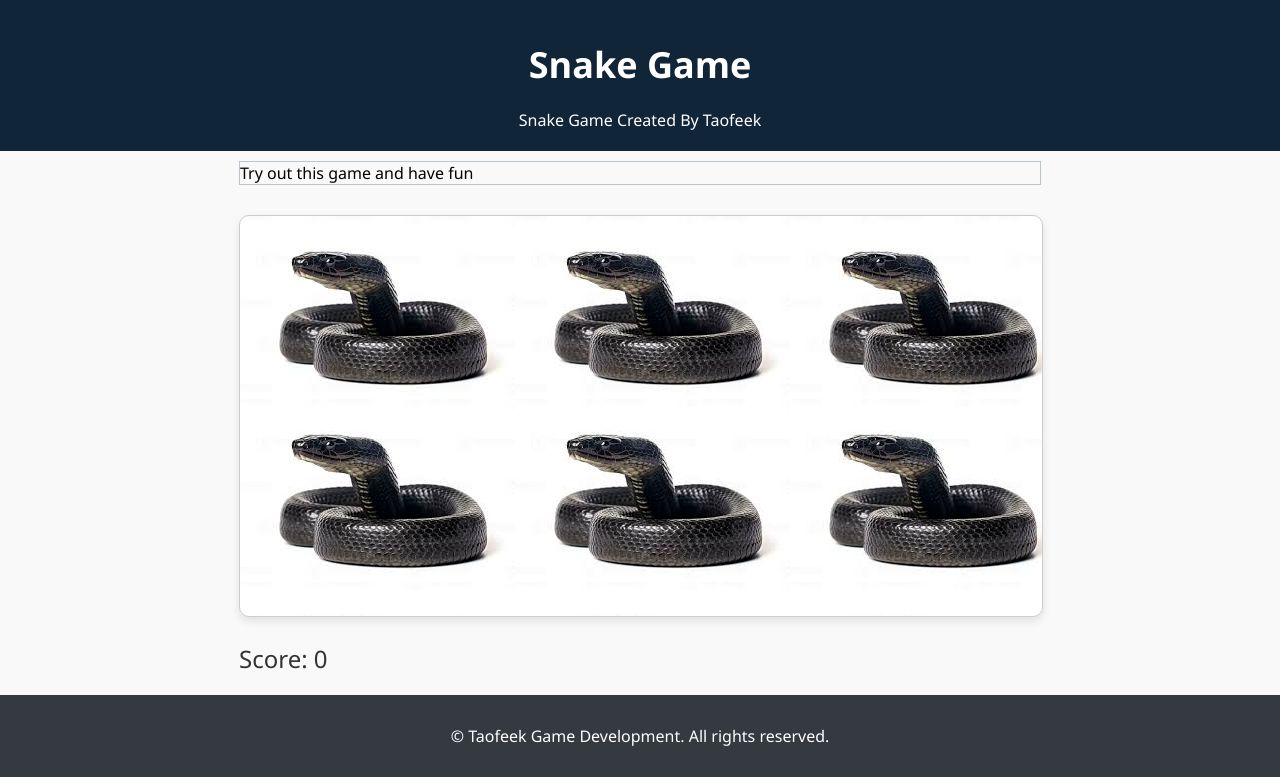
Repository: Taofeekolusola/Landing-page
Page: index.html
These files come from the project's save history. The page is drawn as it stood at one moment and after the next save; the edit follows.
The browser window is 1280 px wide. The pictures show the whole page.

Above is the page before, as saved 2024-05-06 18:40:43.
Not found: script.js

### index.html
<!DOCTYPE html>
<html lang="en">
<head>
    <meta charset="UTF-8">
    <meta name="viewport" content="width=device-width, initial-scale=1.0">
    <title>Snake Game</title>
    <link rel="stylesheet" href="styles.css">
</head>
<body>
    <header>
        <div class="container">
            <h1>Snake Game</h1>
        </div>
        <div class="name">Snake Game Created By Taofeek</div>
    </header>
    <main>
        <div>
            <div class="text">Try out this game and have fun</div>
            <canvas class="snake"></canvas>
            <div id="score">Score: 0</div>
        </div>
    </main>
    <footer>
        <div class="container">
            <p>&copy; Taofeek Game Development. All rights reserved.</p>
        </div>
    </footer>
    <script src="script.js"></script>
</body>
</html>

### styles.css
body {
    font-family: 'Segoe UI', Tahoma, Geneva, Verdana, sans-serif;
    margin: 0;
    padding: 0;
    display: flex;
    flex-direction: column;
    min-height: 100vh;
    background-color: #f9f9f9;
}

.container {
    width: 80%;
    max-width: 800px;
    margin: 0 auto;
    padding: 20px;
}

header {
    background-color: #112538;
    color: #fff;
    text-align: center;
    padding: 20px 0;
}

header h1 {
    font-size: 36px;
    margin: 0;
}

.snake {
    height: 400px;
    width: 100%;
    margin-top: 20px;
    background-image: url('image.jpg');
}

.text {
    margin: 10px 0px;
    border: 1px solid #bcc4cc;
    background-color: ;
}

main {
    flex-grow: 1;
    display: flex;
    justify-content: center;
    align-items: center;
}

canvas {
    border: 1px solid #ccc;
    border-radius: 10px;
    box-shadow: 0 4px 8px rgba(0, 0, 0, 0.1);
}

#score {
    margin-top: 20px;
    font-size: 24px;
    color: #333;
}

footer {
    background-color: #343a40;
    color: #fff;
    text-align: center;
    padding: 10px 0;
    margin-top: 20px;
}

footer p {
    margin: 0;
}

After the next save:
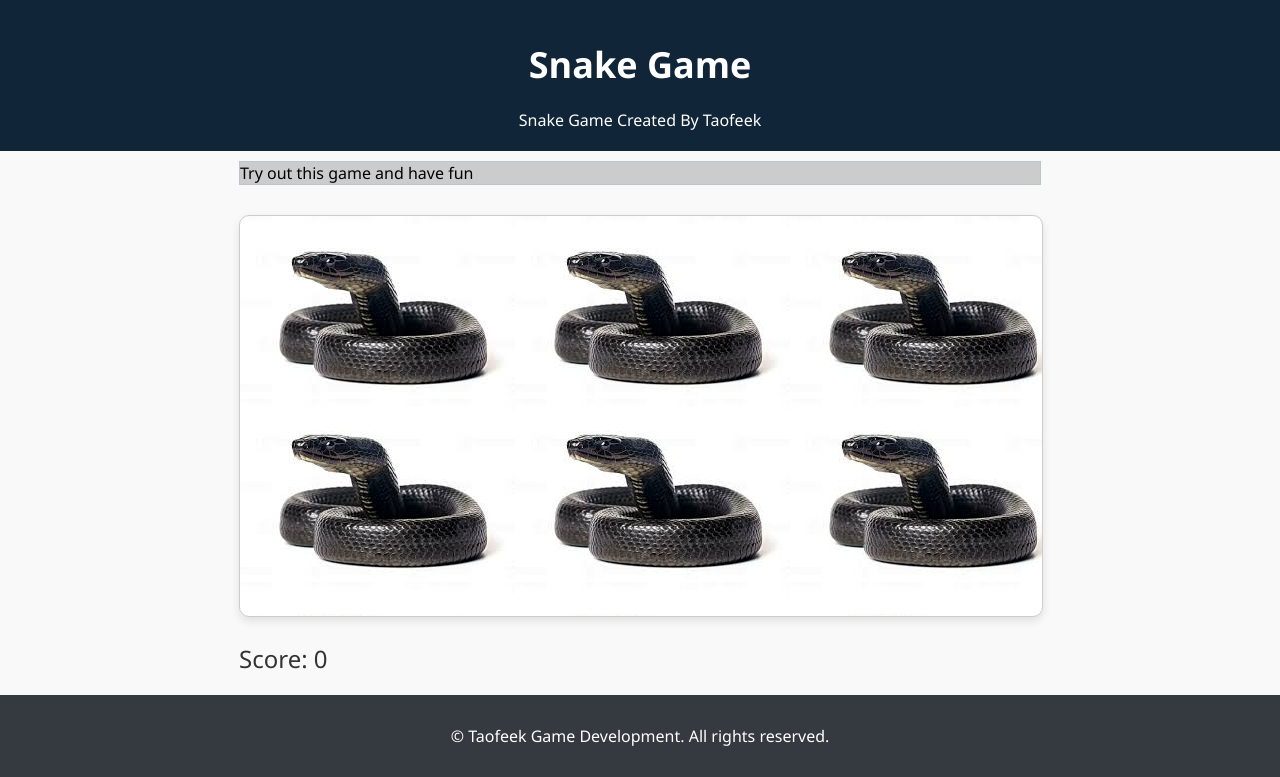
Saved 13 s later.
--- a/styles.css
+++ b/styles.css
@@ -37,7 +37,7 @@ header h1 {
 .text {
     margin: 10px 0px;
     border: 1px solid #bcc4cc;
-    background-color: ;
+    background-color: #ccc;
 }
 
 main {
